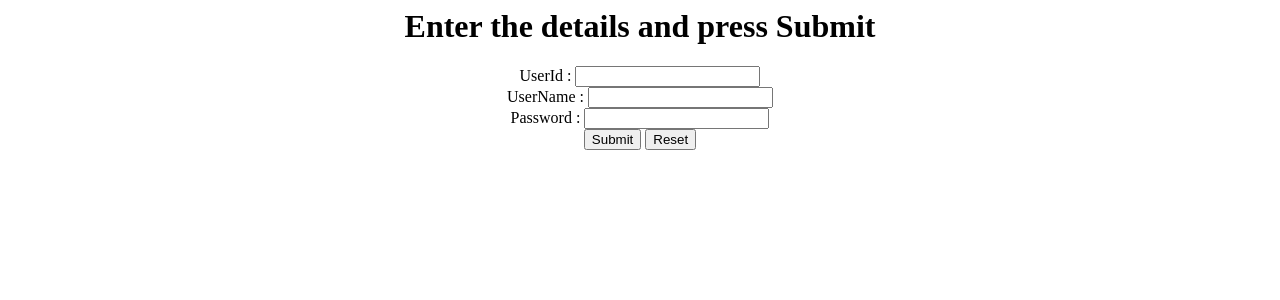
Repository: JamesArul/CLBSiteSTMT
Page: StudentsMeetFrontEnd/WebContent/User/Register.html
The author's editor kept a copy of each file at every save. The page is drawn from the files as they stood at one save, then again after the next save.
The browser window is 1280 px wide. The pictures show the whole page.

Above is the page before, as saved 2017-05-30 09:00:08.

### StudentsMeetFrontEnd/WebContent/User/Register.html
<div ng-controller="UserController as ctrl">
<center><h1>Enter the details and press Submit</h1></center>
<center>
<div class="formcontainer">
<form ng-submit="ctrl.submit()" class="form-horizontal">
UserId : <input type="text" ng-model="ctrl.user.userID"/><br>
UserName : <input type="text" ng-model="ctrl.user.userName"><br>
Password : <input type="password" ng-model="ctrl.user.userPassword"><br>
<input type="submit" value="Submit">
<button type="button" ng-click="ctrl.reset()">Reset</button>
</form>
</center>
</div>

After the next save:
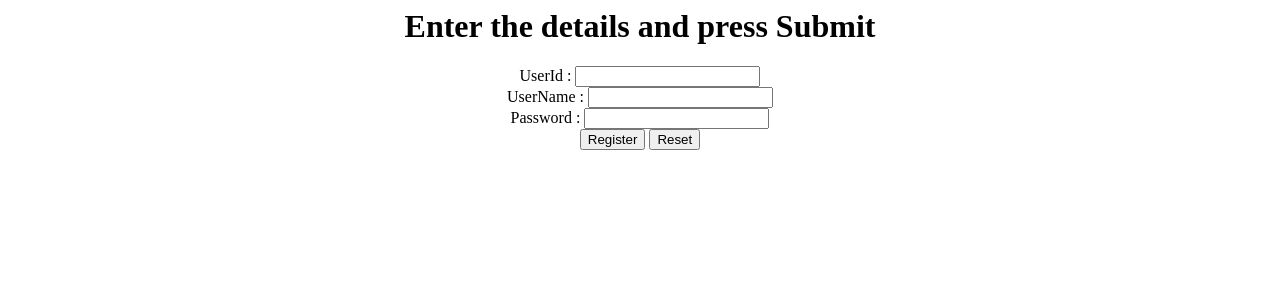
Saved 2 min 1 s later.
--- a/StudentsMeetFrontEnd/WebContent/User/Register.html
+++ b/StudentsMeetFrontEnd/WebContent/User/Register.html
@@ -1,12 +1,11 @@
 <div ng-controller="UserController as ctrl">
 <center><h1>Enter the details and press Submit</h1></center>
 <center>
-<div class="formcontainer">
 <form ng-submit="ctrl.submit()" class="form-horizontal">
 UserId : <input type="text" ng-model="ctrl.user.userID"/><br>
 UserName : <input type="text" ng-model="ctrl.user.userName"><br>
 Password : <input type="password" ng-model="ctrl.user.userPassword"><br>
-<input type="submit" value="Submit">
+<input type="submit" value="Register">
 <button type="button" ng-click="ctrl.reset()">Reset</button>
 </form>
 </center>
